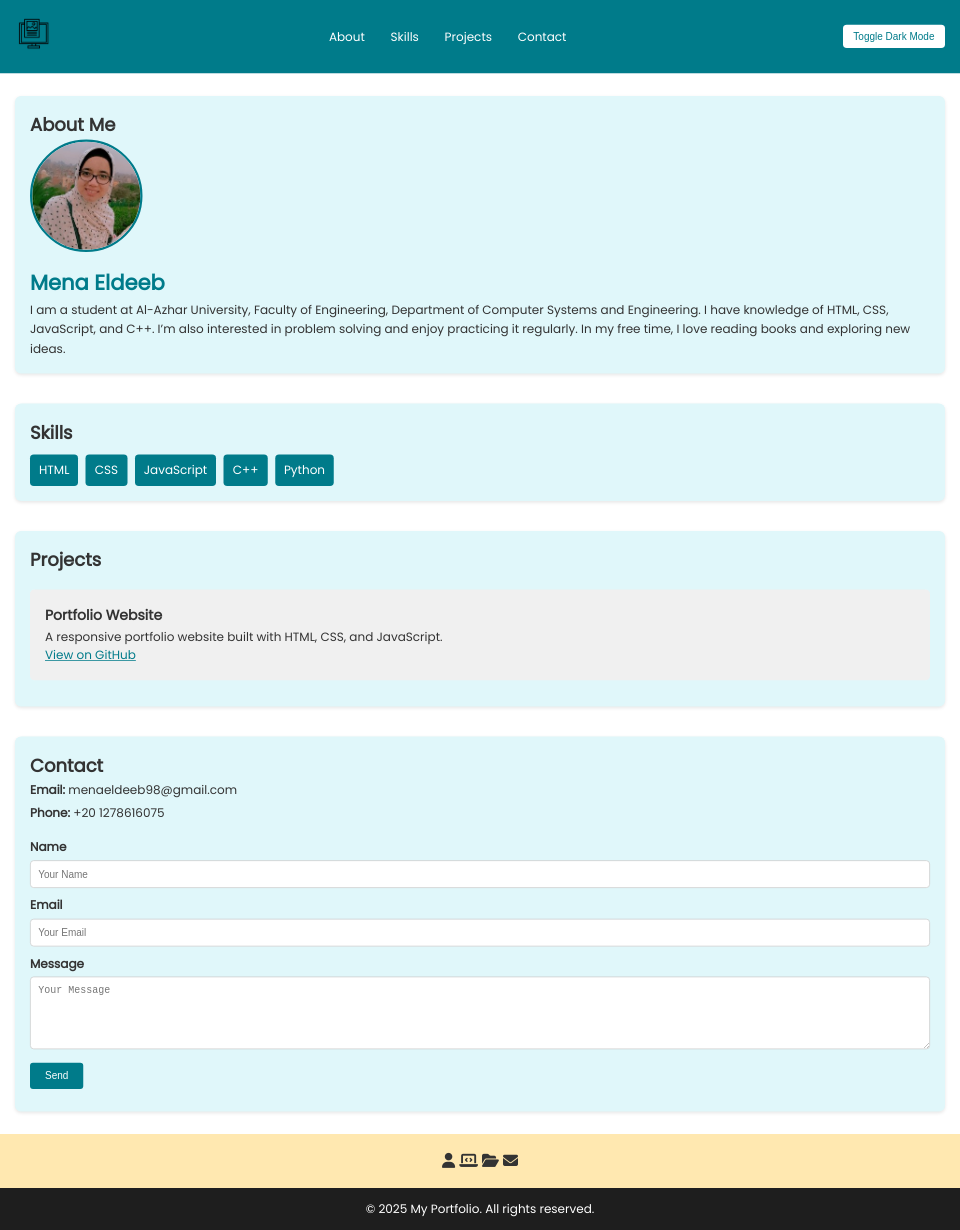
Repository: MenaEldeeb/My-Portfolio
Page: index.html
These files come from the project's save history. The page is drawn as it stood at one moment and after the next save; the edit follows.
The browser window is 1280 px wide. The pictures show the whole page, at 75% of full size.

Above is the page before, as saved 2025-07-16 20:14:48.

### index.html
<!DOCTYPE html>
<html lang="en">
<head>
  <meta charset="UTF-8" />
  <meta name="viewport" content="width=device-width, initial-scale=1" />
  <title>Mena Eldeeb</title>

  <!-- Google Font -->
  <link href="https://fonts.googleapis.com/css2?family=Poppins&display=swap" rel="stylesheet" />

  <!-- Font Awesome -->
  <link rel="stylesheet" href="https://cdnjs.cloudflare.com/ajax/libs/font-awesome/6.4.0/css/all.min.css" />

  <!-- External CSS -->
  <link rel="stylesheet" href="CSS/style.css" />

  <!-- SEO Meta -->
  <meta name="description" content="Mena Eldeeb's personal portfolio showcasing web development skills and projects." />
</head>
<body>
  <div id="container">

    <!-- Header -->
    <header id="hd">
      <div class="logo">
        <img src="images/logo.png" alt="">
      </div>

      <nav class="nav-text">
        <a href="#about">About</a>
        <a href="#skills">Skills</a>
        <a href="#projects">Projects</a>
        <a href="#contact">Contact</a>
      </nav>

      <button id="theme-toggle">Toggle Dark Mode</button>
    </header>

    <!-- Sidebar -->
    <aside id="sd">
      <nav class="icon-nav">
        <a href="#about" title="About" aria-label="About"><i class="fas fa-user"></i></a>
        <a href="#skills" title="Skills" aria-label="Skills"><i class="fas fa-laptop-code"></i></a>
        <a href="#projects" title="Projects" aria-label="Projects"><i class="fas fa-folder-open"></i></a>
        <a href="#contact" title="Contact" aria-label="Contact"><i class="fas fa-envelope"></i></a>
      </nav>
    </aside>

    <!-- Main Content -->
    <main id="mn">
      <!-- About -->
      <section id="about">
        <h2>About Me</h2>
        <div class="about-content">
          <img src="images/Mena.jpg" alt="Mena Eldeeb" class="profile-img" />
          <div>
            <h1 class="my-name">Mena Eldeeb</h1>
            <p>
              I am a student at Al-Azhar University, Faculty of Engineering, Department of Computer Systems and Engineering.
              I have knowledge of HTML, CSS, JavaScript, and C++. I’m also interested in problem solving and enjoy practicing it regularly.
              In my free time, I love reading books and exploring new ideas.
            </p>
          </div>
        </div>
      </section>

      <!-- Skills -->
      <section id="skills">
        <h2>Skills</h2>
        <ul>
          <li>HTML</li>
          <li>CSS</li>
          <li>JavaScript</li>
          <li>C++</li>
          <li>Python</li>

        </ul>
      </section>

      <!-- Projects -->
      <section id="projects">
        <h2>Projects</h2>
        <div class="projects-container">
          <div class="project-card">
            <h3>Portfolio Website</h3>
            <p>A responsive portfolio website built with HTML, CSS, and JavaScript.</p>
            <a href="https://github.com/MenaEldeeb/My-PORTOFOLIO.git" target="_blank" rel="noopener noreferrer">View on GitHub</a>
          </div>
        </div>
      </section>

      <!-- Contact -->
      <section id="contact">
        <h2>Contact</h2>

        <div class="contact-info">
          <p><strong>Email:</strong> menaeldeeb98@gmail.com</p>
          <p><strong>Phone:</strong> +20 1278616075</p>
        </div>

        <form id="contact-form">
          <label for="name">Name</label>
          <input type="text" id="name" name="name" placeholder="Your Name" required />

          <label for="email">Email</label>
          <input type="email" id="email" name="email" placeholder="Your Email" required />

          <label for="message">Message</label>
          <textarea id="message" name="message" placeholder="Your Message" rows="5" required></textarea>

          <button type="submit">Send</button>
        </form>

        <p id="form-status" style="color: green; margin-top: 10px;"></p>
      </section>
    </main>

    <!-- Footer -->
    <footer id="ft">
      &copy; 2025 My Portfolio. All rights reserved.
    </footer>
  </div>

  <!-- JavaScript -->
  <script>
    // Dark Mode Toggle
    const toggleBtn = document.getElementById('theme-toggle');
    toggleBtn.addEventListener('click', () => {
      document.body.classList.toggle('dark-mode');
    });

    // Form Submission Handling
    const form = document.getElementById('contact-form');
    const status = document.getElementById('form-status');

    form.addEventListener('submit', function(e) {
      e.preventDefault();

      // You can send the data to a server here (e.g. using fetch)
      const name = document.getElementById('name').value.trim();
      const email = document.getElementById('email').value.trim();
      const message = document.getElementById('message').value.trim();

      if (name && email && message) {
        status.textContent = "Thank you! Your message has been sent.";
        form.reset();
      } else {
        status.style.color = 'red';
        status.textContent = "Please fill in all fields.";
      }
    });
  </script>
</body>
</html>

### CSS/style.css
/* ========== Reset ========== */
* {
  margin: 0;
  padding: 0;
  box-sizing: border-box;
}

/* ========== Global Styles ========== */
body {
  font-family: 'Poppins', sans-serif;
  background-color: #f5f7fa;
  color: #333;
  line-height: 1.6;
}

/* ========== Layout ========== */
#container {
  display: grid;
  grid-template-areas:
    "hd"
    "mn"
    "sd"
    "ft";
  grid-template-columns: 1fr;
  grid-template-rows: auto;
}

/* ========== Header ========== */
#hd {
  grid-area: hd;
  background-color: #007b8a;
  color: white;
  display: flex;
  justify-content: space-between;
  align-items: center;
  flex-wrap: wrap;
  padding: 20px;
}

.logo img {
  height: 50px;
}

.nav-text a {
  color: white;
  text-decoration: none;
  margin: 0 15px;
  font-weight: 500;
  transition: color 0.3s;
}

.nav-text a:hover {
  color: #ffd580;
}

#theme-toggle {
  background-color: white;
  color: #007b8a;
  border: none;
  padding: 8px 14px;
  border-radius: 5px;
  cursor: pointer;
  transition: background 0.3s;
}

#theme-toggle:hover {
  background-color: #eee;
}

/* ========== Sidebar ========== */
#sd {
  grid-area: sd;
  background-color: #ffe8b0;
  display: flex;
  justify-content: center;
  gap: 20px;
  padding: 20px;
  font-size: 20px;
}

.icon-nav a {
  color: #333;
  transition: color 0.3s;
}

.icon-nav a:hover {
  color: #007b8a;
}

/* ========== Main Content ========== */
#mn {
  grid-area: mn;
  padding: 30px 20px;
  background-color: #fff;
}

/* ========== Section Styling (About, Skills, Projects, Contact) ========== */
#about, #skills, #projects, #contact {
  background-color: #e0f7fa;       /* خلفية خفيفة للتمييز */
  border-radius: 8px;
  padding: 20px;
  margin-bottom: 40px;             /* مسافة بين الأقسام */
  box-shadow: 0 2px 5px rgba(0,0,0,0.1);
}

/* منع وجود margin زائد في آخر قسم */
#contact {
  margin-bottom: 0;
}

/* ========== About ========== */
.about-content {
  display: flex;
  gap: 20px;
  align-items: center;
  flex-wrap: wrap;
}

.profile-img {
  width: 150px;
  height: 150px;
  border-radius: 50%;
  object-fit: cover;
  border: 3px solid #007b8a;
}

.my-name {
  font-size: 28px;
  color: #007b8a;
}

/* ========== Skills ========== */
#skills ul {
  list-style: none;
  display: flex;
  flex-wrap: wrap;
  gap: 10px;
  margin-top: 10px;
}

#skills li {
  background-color: #007b8a;
  color: white;
  padding: 8px 12px;
  border-radius: 5px;
}

/* ========== Projects ========== */
.projects-container {
  margin-top: 20px;
}

.project-card {
  background-color: #f0f0f0;
  padding: 20px;
  border-radius: 6px;
  margin-bottom: 15px;
}

.project-card a {
  color: #007b8a;
  text-decoration: underline;
}

/* ========== Contact ========== */
.contact-info p {
  margin-bottom: 5px;
  font-weight: 500;
}

form {
  margin-top: 20px;
}

form label {
  display: block;
  margin-bottom: 5px;
  font-weight: bold;
}

form input,
form textarea {
  width: 100%;
  padding: 10px;
  margin-bottom: 10px;
  border: 1px solid #ccc;
  border-radius: 5px;
}

form button {
  background-color: #007b8a;
  color: white;
  padding: 10px 20px;
  border: none;
  border-radius: 4px;
  cursor: pointer;
}

form button:hover {
  background-color: #005f6b;
}

/* ========== Footer ========== */
#ft {
  grid-area: ft;
  background-color: #1e1e1e;
  color: white;
  text-align: center;
  padding: 15px 0;
}

/* ========== Dark Mode ========== */
body.dark-mode {
  background-color: #121212;
  color: #f1f1f1;
}

body.dark-mode #hd,
body.dark-mode #ft {
  background-color: #1e1e1e;
  color: #f1f1f1;
}

body.dark-mode #mn {
  background-color: #1a1a1a;
}

body.dark-mode #about,
body.dark-mode #skills,
body.dark-mode #projects,
body.dark-mode #contact {
  background-color: #2a2a2a;
  box-shadow: none;
}

body.dark-mode .project-card {
  background-color: #3a3a3a;
  border-color: #555;
}

body.dark-mode form input,
body.dark-mode form textarea {
  background-color: #333;
  color: white;
  border: 1px solid #555;
}

body.dark-mode .nav-text a,
body.dark-mode .icon-nav a {
  color: #90caf9;
}

/* ========== Responsive Design ========== */
@media (max-width: 768px) {
  #hd {
    flex-direction: column;
    gap: 10px;
    text-align: center;
  }

  .about-content {
    flex-direction: column;
    text-align: center;
  }

  #skills ul {
    justify-content: center;
  }

  #sd {
    flex-wrap: wrap;
  }
}

After the next save:
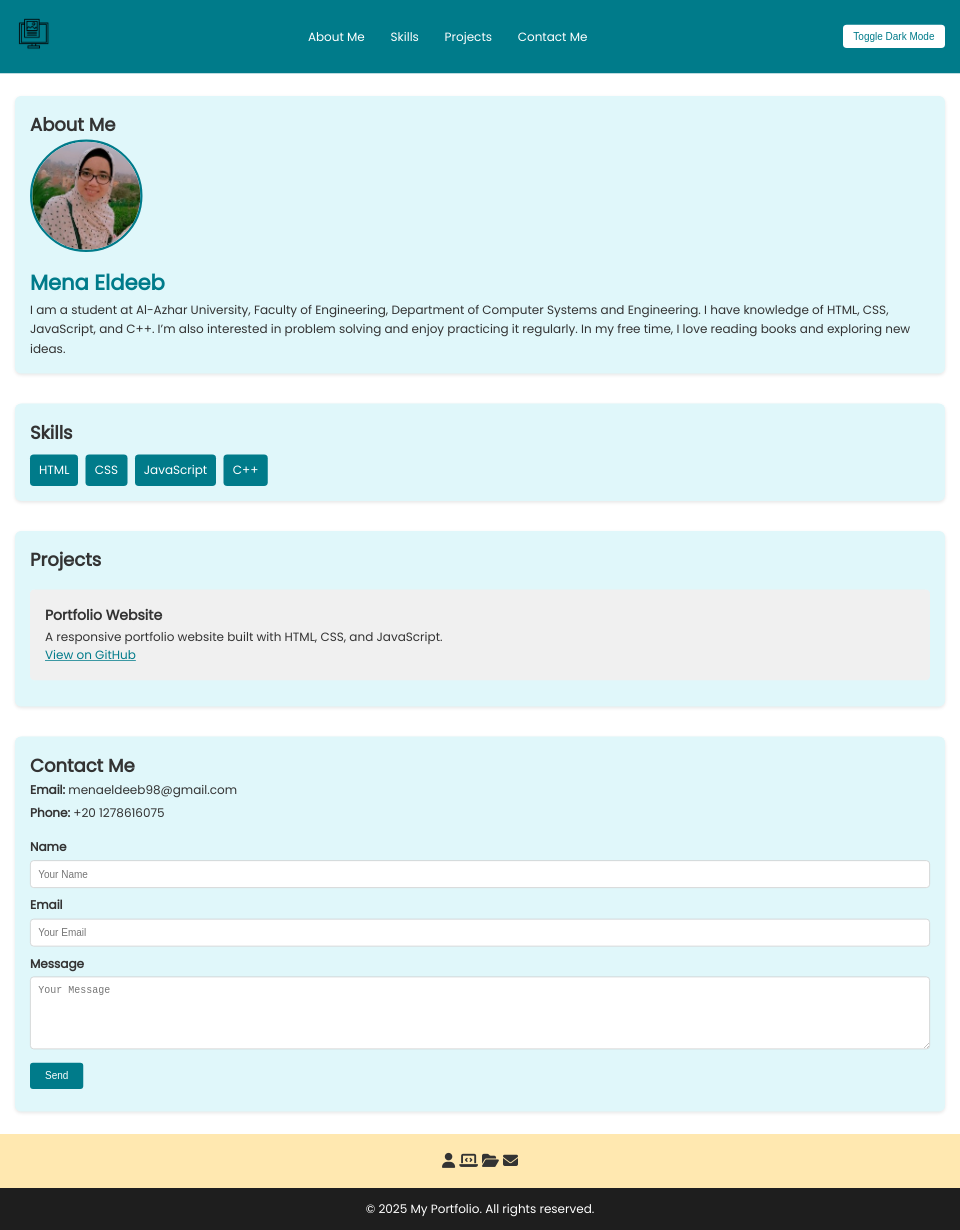
Saved 7 min 32 s later.
--- a/index.html
+++ b/index.html
@@ -23,14 +23,14 @@
     <!-- Header -->
     <header id="hd">
       <div class="logo">
-        <img src="images/logo.png" alt="">
+        <img src="images/logo.png" alt="Logo">
       </div>
 
       <nav class="nav-text">
-        <a href="#about">About</a>
+        <a href="#about">About Me</a>
         <a href="#skills">Skills</a>
         <a href="#projects">Projects</a>
-        <a href="#contact">Contact</a>
+        <a href="#contact">Contact Me</a>
       </nav>
 
       <button id="theme-toggle">Toggle Dark Mode</button>
@@ -39,16 +39,16 @@
     <!-- Sidebar -->
     <aside id="sd">
       <nav class="icon-nav">
-        <a href="#about" title="About" aria-label="About"><i class="fas fa-user"></i></a>
+        <a href="#about" title="About Me" aria-label="About Me"><i class="fas fa-user"></i></a>
         <a href="#skills" title="Skills" aria-label="Skills"><i class="fas fa-laptop-code"></i></a>
         <a href="#projects" title="Projects" aria-label="Projects"><i class="fas fa-folder-open"></i></a>
-        <a href="#contact" title="Contact" aria-label="Contact"><i class="fas fa-envelope"></i></a>
+        <a href="#contact" title="Contact Me" aria-label="Contact Me"><i class="fas fa-envelope"></i></a>
       </nav>
     </aside>
 
     <!-- Main Content -->
     <main id="mn">
-      <!-- About -->
+      <!-- About Me -->
       <section id="about">
         <h2>About Me</h2>
         <div class="about-content">
@@ -72,8 +72,6 @@
           <li>CSS</li>
           <li>JavaScript</li>
           <li>C++</li>
-          <li>Python</li>
-
         </ul>
       </section>
 
@@ -89,9 +87,9 @@
         </div>
       </section>
 
-      <!-- Contact -->
+      <!-- Contact Me -->
       <section id="contact">
-        <h2>Contact</h2>
+        <h2>Contact Me</h2>
 
         <div class="contact-info">
           <p><strong>Email:</strong> menaeldeeb98@gmail.com</p>
@@ -136,17 +134,17 @@
     form.addEventListener('submit', function(e) {
       e.preventDefault();
 
-      // You can send the data to a server here (e.g. using fetch)
       const name = document.getElementById('name').value.trim();
       const email = document.getElementById('email').value.trim();
       const message = document.getElementById('message').value.trim();
 
       if (name && email && message) {
         status.textContent = "Thank you! Your message has been sent.";
+        status.style.color = 'green';
         form.reset();
       } else {
+        status.textContent = "Please fill in all fields.";
         status.style.color = 'red';
-        status.textContent = "Please fill in all fields.";
       }
     });
   </script>
